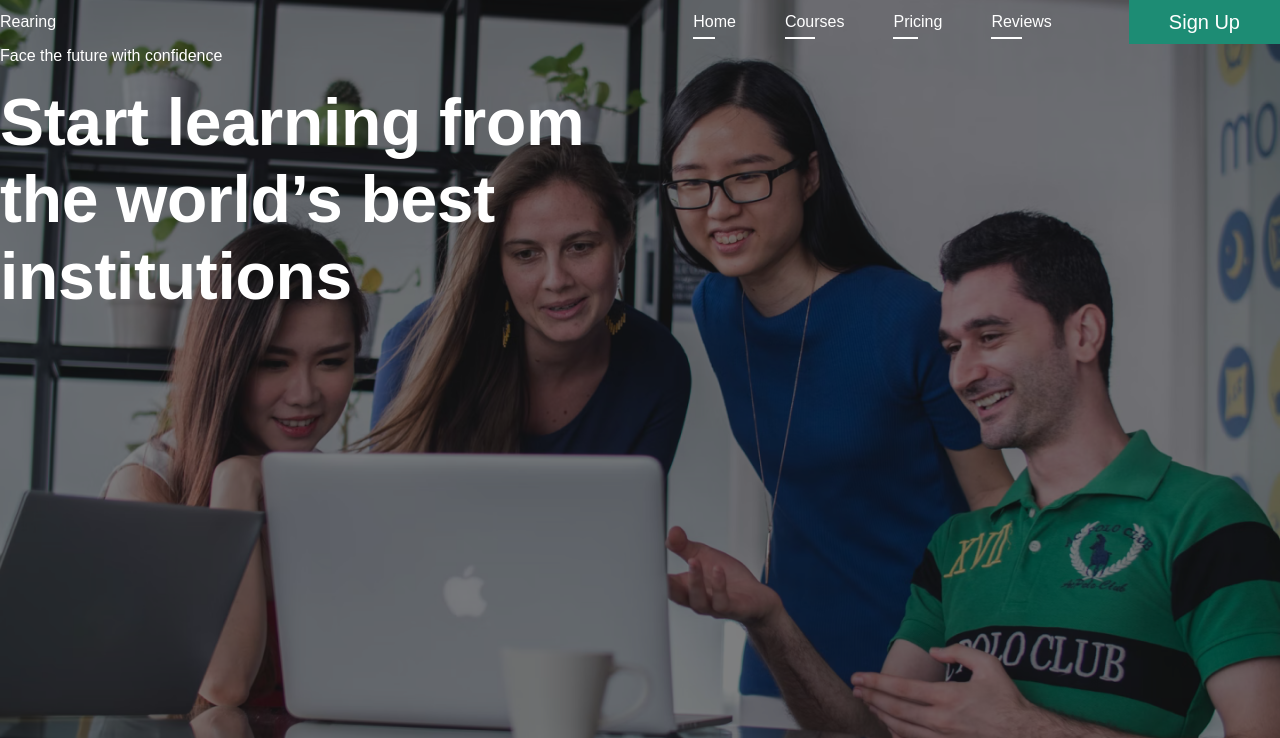
Repository: vandangnhathung/educationplatform
Page: /
An editor plug-in stored every save of this project. The page is shown before and after the next save, followed by the edit.
The browser window is 1280 px wide. The pictures show the whole page.
The project was rebuilt for these pictures with package versions that can differ from the ones it lists, and the page was loaded fresh each time.

Above is the page before, as saved 2022-06-20 15:09:14.

### src/index.js
import React from "react";
import ReactDOM from "react-dom/client";
import App from "./App";
import reportWebVitals from "./reportWebVitals";
import "./index.css";
const root = ReactDOM.createRoot(document.getElementById("root"));
root.render(
  <React.StrictMode>
    <App />
  </React.StrictMode>
);

// If you want to start measuring performance in your app, pass a function
// to log results (for example: reportWebVitals(console.log))
// or send to an analytics endpoint. Learn more: https://bit.ly/CRA-vitals
reportWebVitals();

### src/App.js
import Header from "./components/Header";

function App() {
  return (
    <>
      <Header></Header>
    </>
  );
}

export default App;

### src/index.css
@tailwind base;
@tailwind components;
@tailwind utilities;
@import url("https://fonts.googleapis.com/css2?family=Urbanist:wght@100;200;300;400;500;600;700;800&display=swap");
*,
*::before,
*::after {
  box-sizing: border-box;
}
* {
  margin: 0;
  padding: 0;
}

html,
body {
  height: 100%;
}
body {
  line-height: 1.5;
  font-family: "Urbanist", sans-serif;
}

img,
picture,
video,
canvas,
svg {
  display: block;
  max-width: 100%;
}
input,
button,
textarea,
select {
  font: inherit;
  outline: none;
}
p,
h1,
h2,
h3,
h4,
h5,
h6 {
  overflow-wrap: break-word;
}

.container {
  max-width: 1280px;
  margin: 0 auto;
  width: 100%;
}

.active {
  position: relative;
}

.active::before {
  content: "";
  display: block;
  position: absolute;
  bottom: -5px;
  width: 50%;
  padding: 1px;
  left: 0;
  background-color: #fff;
}

### src/components/Header.js
import React, { useEffect } from "react";
import headerImg from "../images/Images.png";
const Header = () => {
  const headerNav = [
    {
      id: 1,
      title: "Home",
    },
    {
      id: 2,
      title: "Courses",
    },
    {
      id: 3,
      title: "Pricing",
    },
    {
      id: 4,
      title: "Reviews",
    },
  ];
  return (
    <header>
      <div className="relative">
        <img src={headerImg} alt="header_img" className="w-full" />
        <div className="absolute inset-0 bg-black opacity-50"></div>
        <div class="absolute top-0  left-0 right-0 ">
          <div class="container">
            <div className=" header-top text-white flex items-center justify-between">
              <div className="">Rearing</div>
              <div className="flex items-center">
                <nav className="mr-[77px]">
                  <ul className="flex items-center  gap-x-[49px] ">
                    {headerNav.map((item) => (
                      <li className="active cursor-pointer" key={item.id}>
                        {item.title}
                      </li>
                    ))}
                  </ul>
                </nav>
                <button className="py-2 px-10 bg-[#1D8C74] text-white text-xl ">
                  Sign Up
                </button>
              </div>
            </div>

            <div className="slogan text-white">
              <h3 className="text-base mb-4">
                Face the future with confidence
              </h3>
              <h1 className="desc max-w-[777px] text-[66px] leading-[77px] w-full tracking-[-0.02rem] font-bold">
                Start learning from{" "}
                <span className="inline-block mr-24 "></span>{" "}
                <p className="inline-block">the</p> world’s best institutions
              </h1>
            </div>
          </div>
        </div>
      </div>
    </header>
  );
};

export default Header;

Loaded but not shown: public/index.html (common file); src/reportWebVitals.js (common file); tailwind.config.js (common file)

After the next save:
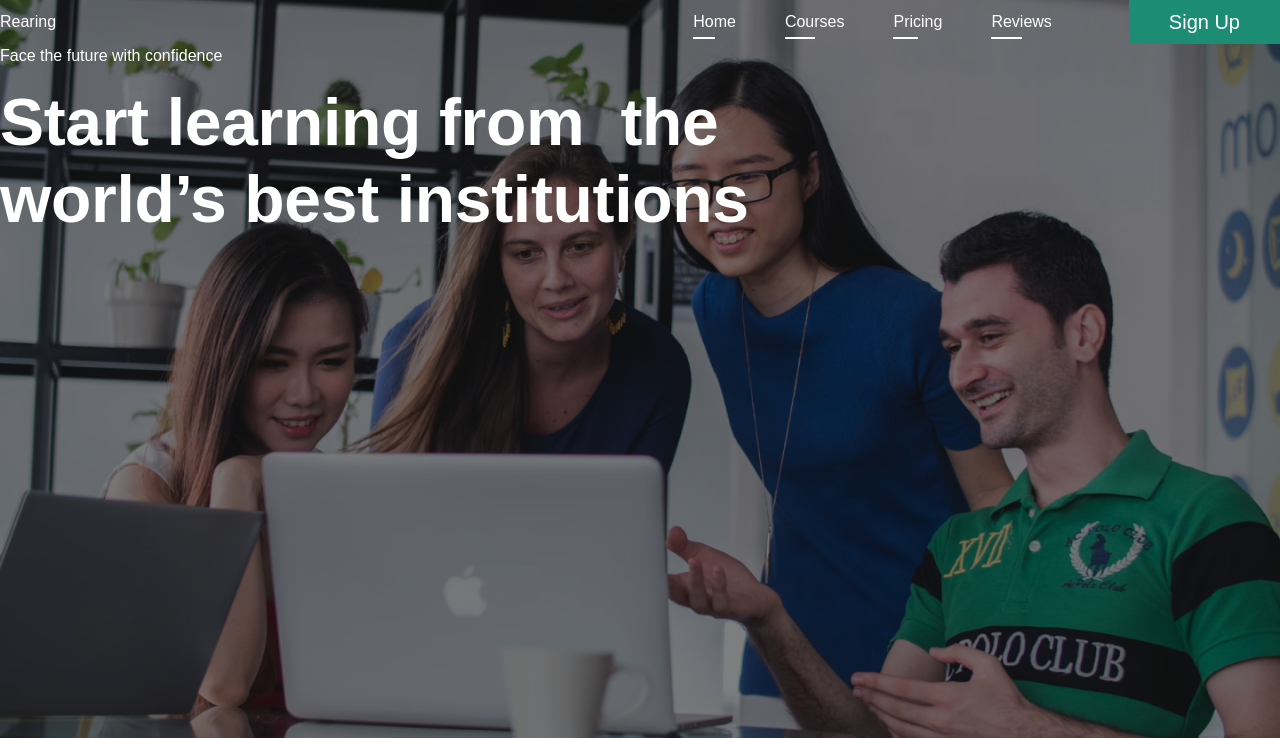
Saved 42 s later.
--- a/src/components/Header.js
+++ b/src/components/Header.js
@@ -50,7 +50,7 @@
               </h3>
               <h1 className="desc max-w-[777px] text-[66px] leading-[77px] w-full tracking-[-0.02rem] font-bold">
                 Start learning from{" "}
-                <span className="inline-block mr-24 "></span>{" "}
+                <span className="inline-block mr-26 "></span>{" "}
                 <p className="inline-block">the</p> world’s best institutions
               </h1>
             </div>

After the save that followed:
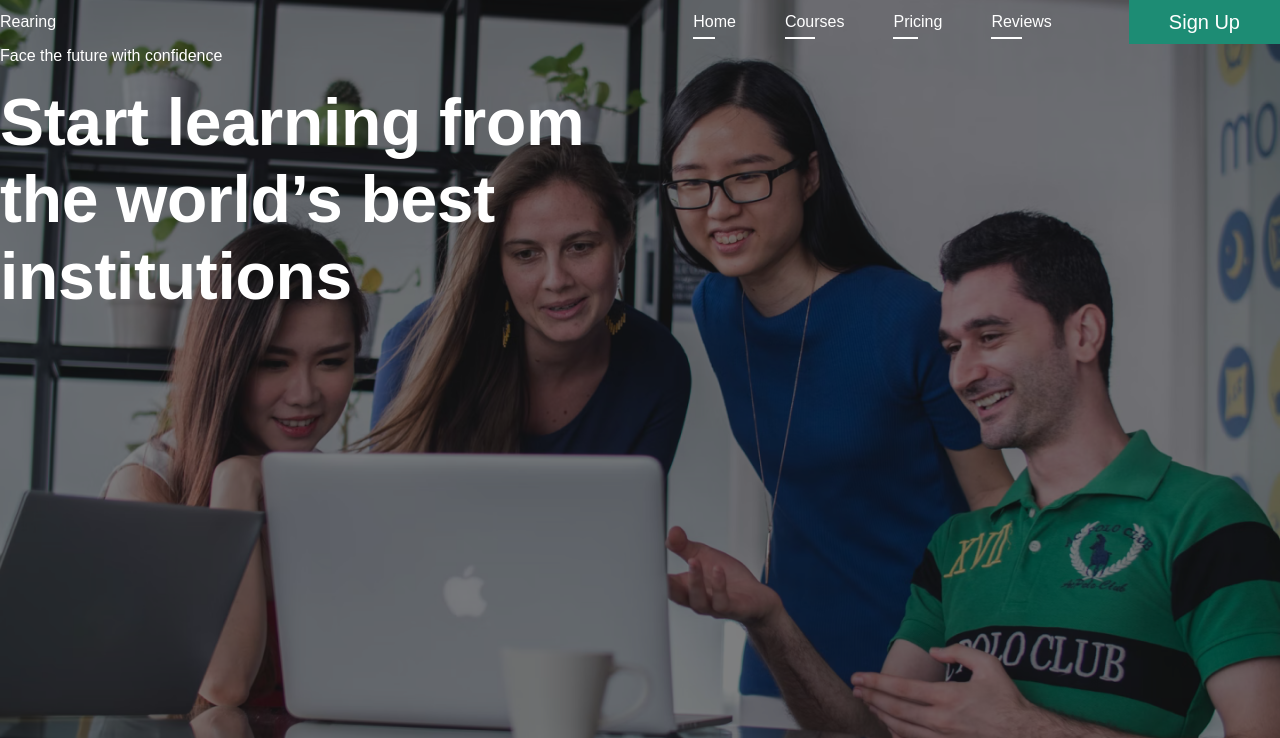
Saved 5 s later.
--- a/src/components/Header.js
+++ b/src/components/Header.js
@@ -50,7 +50,7 @@
               </h3>
               <h1 className="desc max-w-[777px] text-[66px] leading-[77px] w-full tracking-[-0.02rem] font-bold">
                 Start learning from{" "}
-                <span className="inline-block mr-26 "></span>{" "}
+                <span className="inline-block mr-28 "></span>{" "}
                 <p className="inline-block">the</p> world’s best institutions
               </h1>
             </div>
